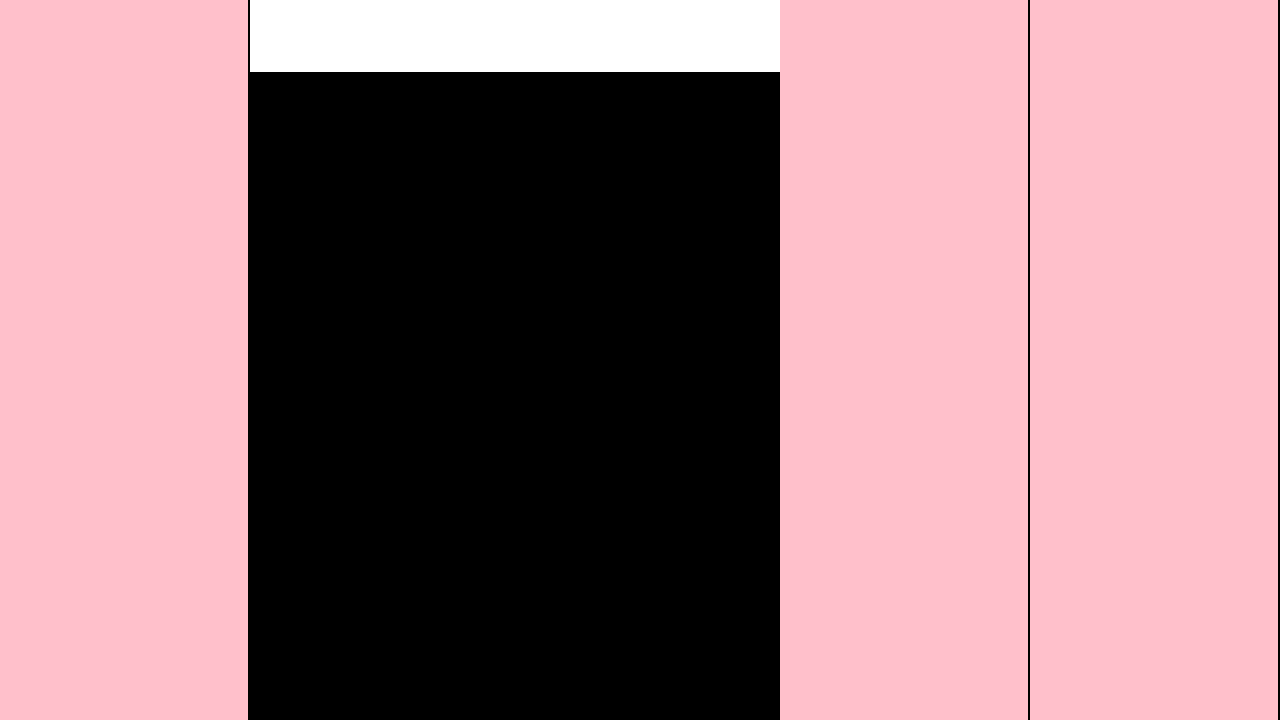
Repository: JJianZ/miao
Page: a.html
These files come from the project's save history. The page is drawn as it stood at one moment and after the next save; the edit follows.
The browser window is 1280 px wide. The pictures show the whole page.

Above is the page before, as saved 2021-11-23 10:31:34.

After the next save:
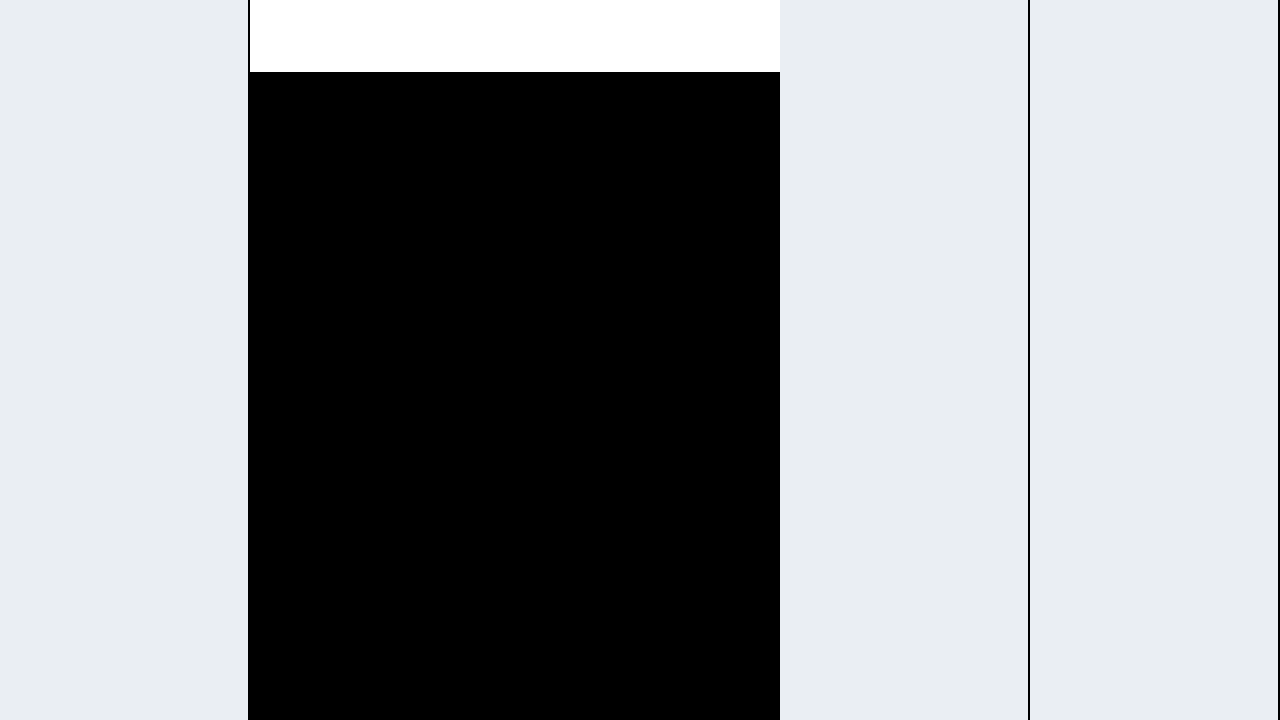
Saved 31 s later.
--- a/a.html
+++ b/a.html
@@ -22,7 +22,7 @@
       position: absolute;
       width: 250px;
       height: 100%;
-      background-color: pink;
+      background-color: #eaeef3;
       border-right: black 2px solid;
       box-sizing: border-box;
 
